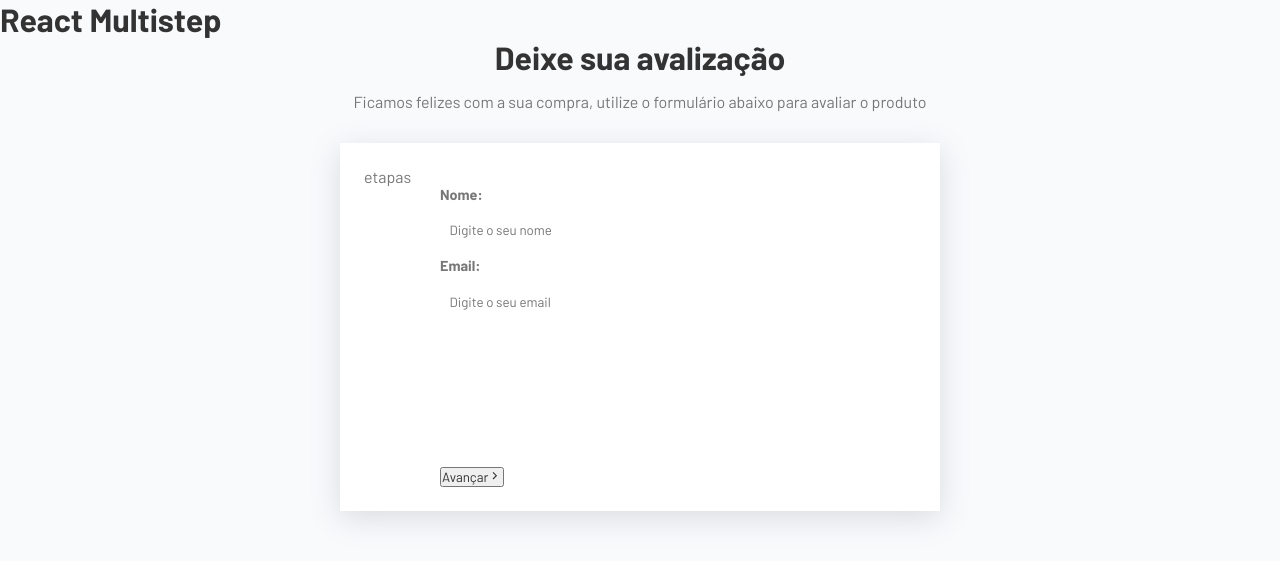
Repository: Bitroia/multistep_form_react
Page: / (app in multistep_form_react/)
These files come from the project's save history. The page is drawn as it stood at one moment and after the next save; the edit follows.
The browser window is 1280 px wide. The pictures show the whole page.
The project was rebuilt for these pictures with package versions that can differ from the ones it lists, and the page was loaded fresh each time. Also part of the build but not shown: multistep_form_react/vite.config.js, multistep_form_react/src/components/ReviewForm.jsx, multistep_form_react/src/components/Thanks.jsx.

Above is the page before, as saved 2026-06-12 14:10:37.

After the next save:
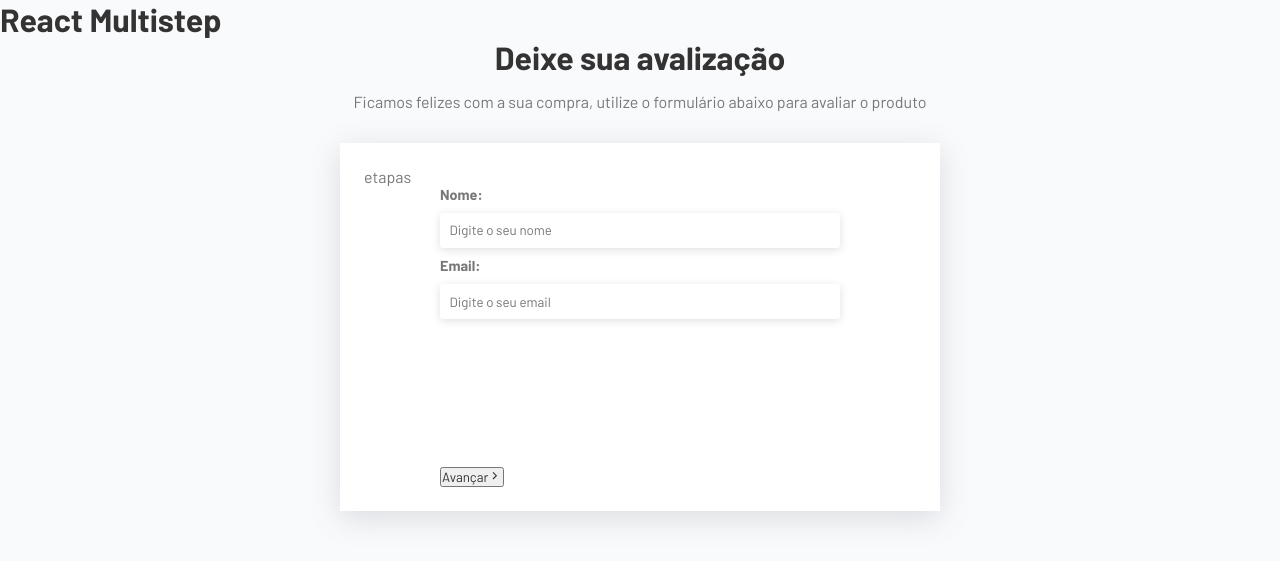
Saved 7 s later.
--- a/multistep_form_react/src/App.css
+++ b/multistep_form_react/src/App.css
@@ -51,5 +51,5 @@ input, textarea{
     padding: .6rem;
     border: none;
     border-radius: 3px;
-    box-shadow: rgba(99, 99, 99, 0.2);
+    box-shadow: rgba(99, 99, 99, 0.2) 0px 2px 8px 0;
 }
